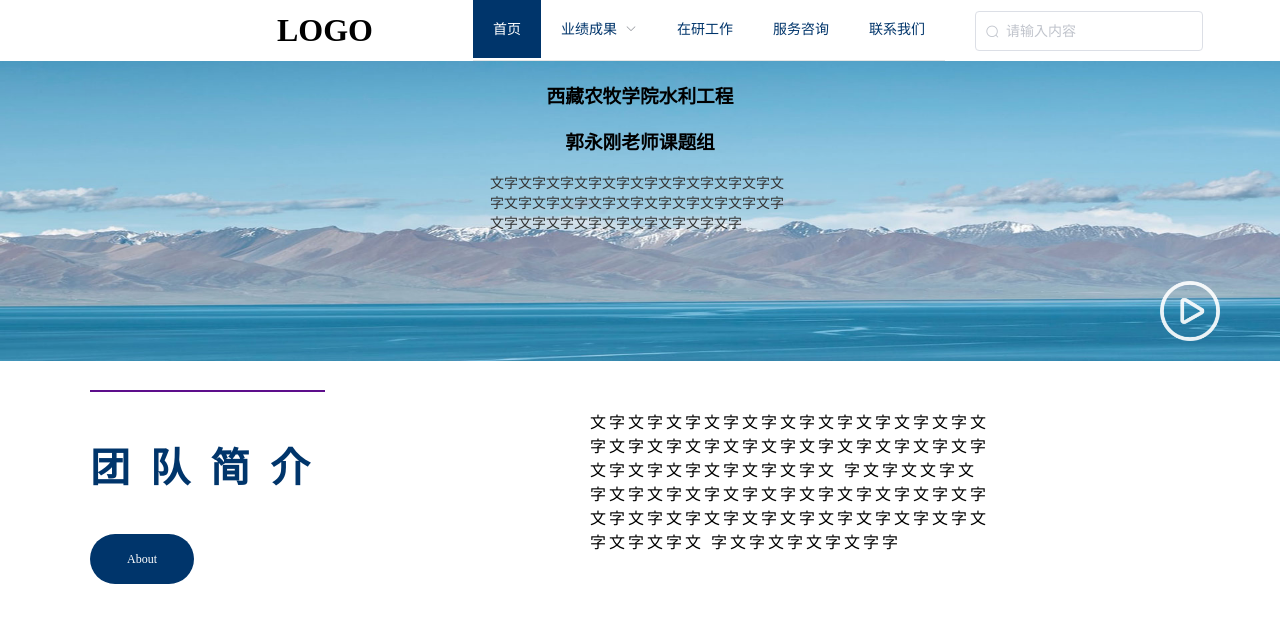
Repository: BLSY/xzust
Page: /
An editor plug-in stored every save of this project. The page is shown before and after the next save, followed by the edit.
The browser window is 1280 px wide. The pictures show the whole page.
The project was rebuilt for these pictures with package versions that can differ from the ones it lists, and the page was loaded fresh each time.

Above is the page before, as saved 2022-11-26 21:34:16.

After the next save:
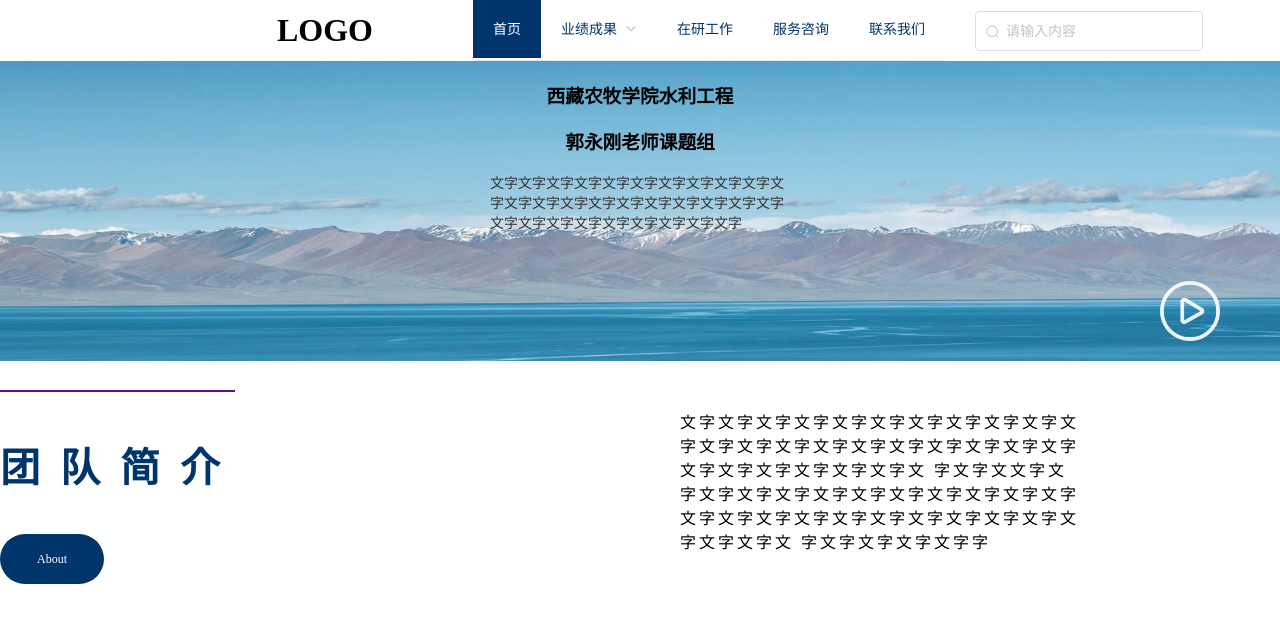
Saved 68 s later.
--- a/src/components/HelloWorld.vue
+++ b/src/components/HelloWorld.vue
@@ -155,7 +155,7 @@ export default {
     display: flex;
     flex-direction: row;
     align-items: center;
-    justify-content: center;
+    justify-content: space-between;
   }
   .team-left{
     width: 500px;
